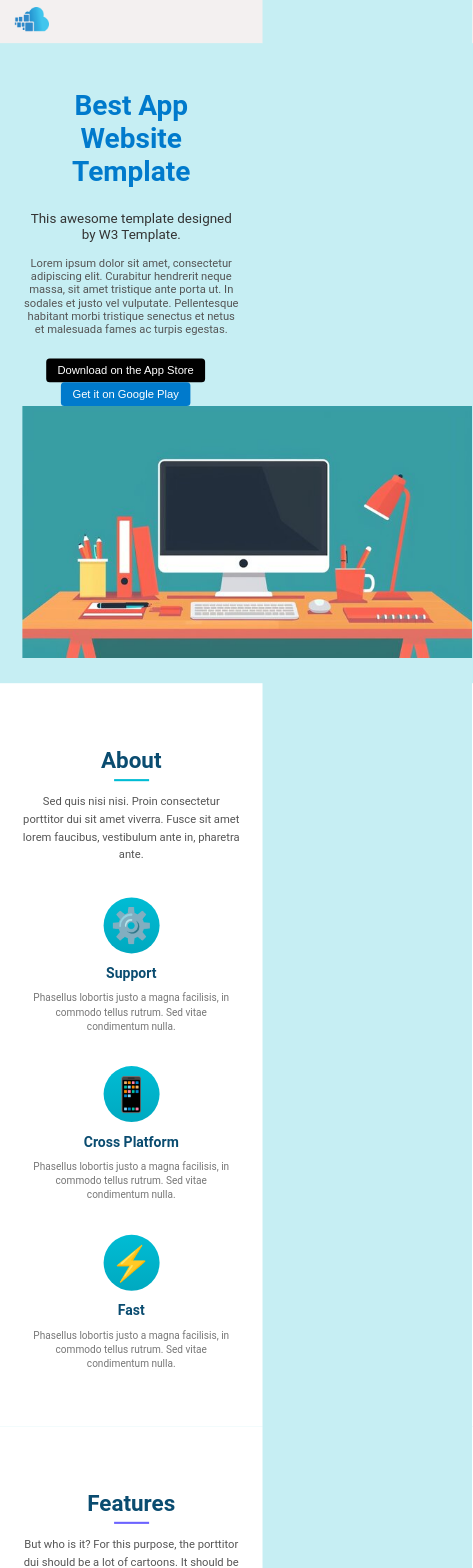
Repository: gautamsonam011/Institute
Page: /
An editor plug-in stored every save of this project. The page is shown before and after the next save, followed by the edit.
The browser window is 375 px wide. The page is 675 px wide, then 440 px, then 675 px, so the pictures cover 675 px, including what lies to the right of the window. The pictures show the part of the page from y = 0 to 2240 px (the page is 5997 px tall before and 5571 px after), at 70% of full size.
The project was rebuilt for these pictures with package versions that can differ from the ones it lists, and the page was loaded fresh each time. Also part of the build but not shown: vite.config.js, src/Header.jsx, src/Sidebar.jsx, src/Home.jsx, src/students/Addstudent.jsx, src/students/allstudent.css, src/students/Allstudents.jsx, src/Fee management/feehead.css and 9 more.

Above is the page before, as saved 2024-11-27 16:57:15.

After the next save:
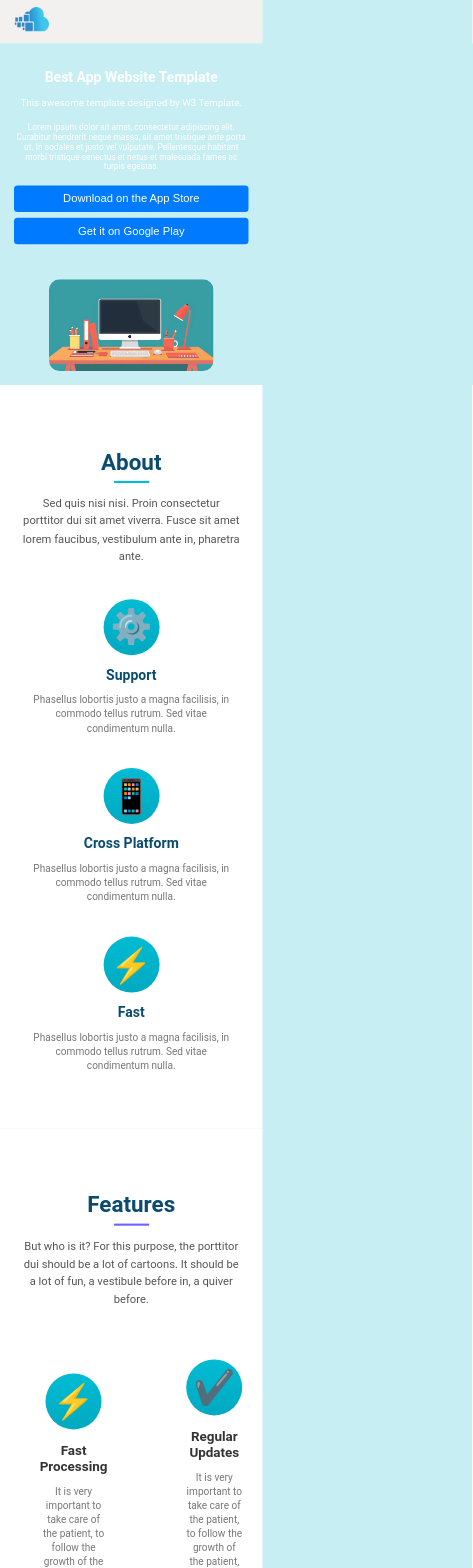
Saved 106 s later.
--- a/src/components/main.css
+++ b/src/components/main.css
@@ -1,66 +1,102 @@
 .main-containerr {
-    padding: 2rem;
-    background-color: #c6eef3;
-    display: flex;
-    justify-content: space-between;
-    align-items: center;
-    min-height: 100vh;
+  display: flex;
+  flex-direction: column;
+  align-items: center;
+  justify-content: center;
+  padding: 20px;
+}
+
+.hero {
+  text-align: center;
+  margin-bottom: 20px;
+}
+
+.subtitle {
+  font-size: 18px;
+  margin: 10px 0;
+}
+
+.description {
+  font-size: 16px;
+  margin: 20px 0;
+}
+
+.download-buttons {
+  display: flex;
+  justify-content: center;
+  gap: 15px;
+}
+
+.app-store,
+.google-play {
+  padding: 10px 20px;
+  background-color: #007bff;
+  color: white;
+  border: none;
+  border-radius: 5px;
+  cursor: pointer;
+}
+
+.app-store:hover,
+.google-play:hover {
+  background-color: #0056b3;
+}
+
+.phone-mockup {
+  display: flex;
+  justify-content: center;
+  margin-top: 30px;
+  width: 100%;
+}
+
+.phone-mockup img {
+  max-width: 100%;
+  height: auto;
+  border-radius: 15px; /* Optional, to give a nice rounded corner effect */
+}
+
+/* Add responsiveness for smaller screens */
+@media (max-width: 768px) {
+  .hero h1 {
+    font-size: 24px;
   }
 
-  .hero {
-    max-width: 50%;
+  .subtitle {
+    font-size: 16px;
   }
 
-  .hero h1 {
-    font-size: 2.5rem;
-    color: #007acc;
-  }
-
-  .hero .subtitle {
-    margin-top: 0.5rem;
-    font-size: 1.2rem;
-    color: #333;
-  }
-
-  .hero .description {
-    margin-top: 1rem;
-    font-size: 1rem;
-    color: #555;
+  .description {
+    font-size: 14px;
   }
 
   .download-buttons {
-    margin-top: 2rem;
-  }
-
-  .download-buttons button {
-    margin-right: 1rem;
-    padding: 0.5rem 1rem;
-    font-size: 1rem;
-    border: none;
-    border-radius: 5px;
-    cursor: pointer;
-  }
-
-  .app-store {
-    background-color: black;
-    color: white;
-  }
-
-  .google-play {
-    background-color: #007acc;
-    color: white;
+    flex-direction: column;
+    gap: 10px;
   }
 
   .phone-mockup img {
-    max-height: 1000px;
+    width: 80%;
   }
-  @media (max-width: 768px) {
-    .hero, .phone-mockup {
-      max-width: 100%; /* Stacks the content vertically */
-      text-align: center;
-    }
+}
 
-    .main-containerr {
-      flex-direction: column;
-    }
+@media (max-width: 480px) {
+  .hero h1 {
+    font-size: 20px;
   }
+
+  .subtitle {
+    font-size: 14px;
+  }
+
+  .description {
+    font-size: 12px;
+  }
+
+  .download-buttons {
+    gap: 8px;
+  }
+
+  .phone-mockup img {
+    width: 70%;
+  }
+}

After the save that followed:
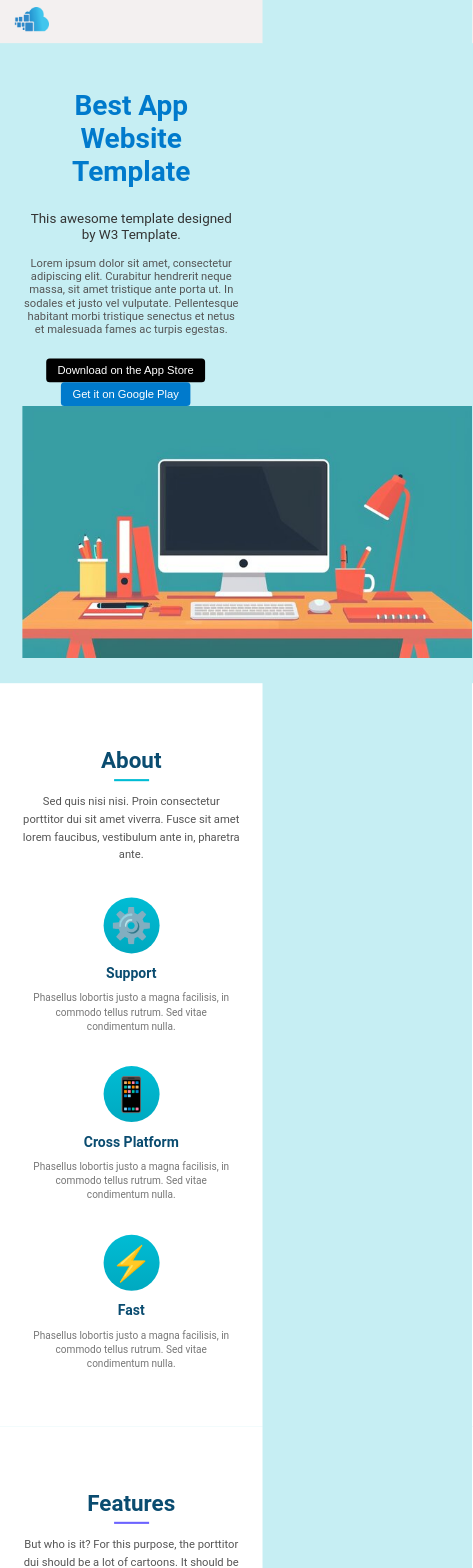
Saved 49 s later.
--- a/src/components/main.css
+++ b/src/components/main.css
@@ -1,102 +1,66 @@
 .main-containerr {
-  display: flex;
-  flex-direction: column;
-  align-items: center;
-  justify-content: center;
-  padding: 20px;
-}
-
-.hero {
-  text-align: center;
-  margin-bottom: 20px;
-}
-
-.subtitle {
-  font-size: 18px;
-  margin: 10px 0;
-}
-
-.description {
-  font-size: 16px;
-  margin: 20px 0;
-}
-
-.download-buttons {
-  display: flex;
-  justify-content: center;
-  gap: 15px;
-}
-
-.app-store,
-.google-play {
-  padding: 10px 20px;
-  background-color: #007bff;
-  color: white;
-  border: none;
-  border-radius: 5px;
-  cursor: pointer;
-}
-
-.app-store:hover,
-.google-play:hover {
-  background-color: #0056b3;
-}
-
-.phone-mockup {
-  display: flex;
-  justify-content: center;
-  margin-top: 30px;
-  width: 100%;
-}
-
-.phone-mockup img {
-  max-width: 100%;
-  height: auto;
-  border-radius: 15px; /* Optional, to give a nice rounded corner effect */
-}
-
-/* Add responsiveness for smaller screens */
-@media (max-width: 768px) {
-  .hero h1 {
-    font-size: 24px;
+    padding: 2rem;
+    background-color: #c6eef3;
+    display: flex;
+    justify-content: space-between;
+    align-items: center;
+    min-height: 100vh;
   }
 
-  .subtitle {
-    font-size: 16px;
+  .hero {
+    max-width: 50%;
   }
 
-  .description {
-    font-size: 14px;
+  .hero h1 {
+    font-size: 2.5rem;
+    color: #007acc;
+  }
+
+  .hero .subtitle {
+    margin-top: 0.5rem;
+    font-size: 1.2rem;
+    color: #333;
+  }
+
+  .hero .description {
+    margin-top: 1rem;
+    font-size: 1rem;
+    color: #555;
   }
 
   .download-buttons {
-    flex-direction: column;
-    gap: 10px;
+    margin-top: 2rem;
+  }
+
+  .download-buttons button {
+    margin-right: 1rem;
+    padding: 0.5rem 1rem;
+    font-size: 1rem;
+    border: none;
+    border-radius: 5px;
+    cursor: pointer;
+  }
+
+  .app-store {
+    background-color: black;
+    color: white;
+  }
+
+  .google-play {
+    background-color: #007acc;
+    color: white;
   }
 
   .phone-mockup img {
-    width: 80%;
+    max-height: 1000px;
   }
-}
+  @media (max-width: 768px) {
+    .hero, .phone-mockup {
+      max-width: 100%; /* Stacks the content vertically */
+      text-align: center;
+    }
 
-@media (max-width: 480px) {
-  .hero h1 {
-    font-size: 20px;
+    .main-containerr {
+      flex-direction: column;
+    }
   }
-
-  .subtitle {
-    font-size: 14px;
-  }
-
-  .description {
-    font-size: 12px;
-  }
-
-  .download-buttons {
-    gap: 8px;
-  }
-
-  .phone-mockup img {
-    width: 70%;
-  }
-}
